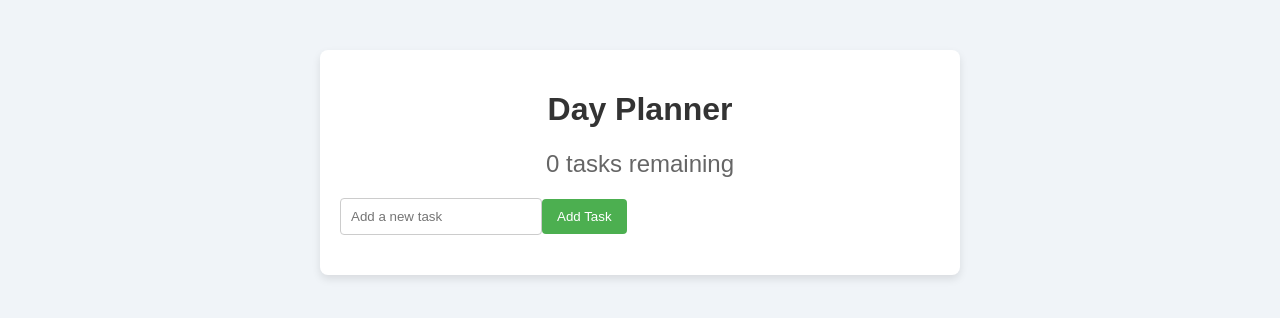
Repository: madelinestruthers/shema-lab04
Page: /
The author's editor kept a copy of each file at every save. The page is drawn from the files as they stood at one save, then again after the next save.
The browser window is 1280 px wide. The pictures show the whole page.
The project was rebuilt for these pictures with package versions that can differ from the ones it lists, and the page was loaded fresh each time. Also part of the build but not shown: src/components/Task.jsx.

Above is the page before, as saved 2024-10-20 19:55:45.

### src/index.css
/* src/index.css */
body {
  font-family: Arial, sans-serif;
  background-color: #f0f4f8;
  margin: 3rem;
  padding: 0;
}

.app-container {
  width: 80%;
  max-width: 600px;
  margin: 50px auto;
  background-color: #fff;
  padding: 20px;
  border-radius: 8px;
  box-shadow: 0 4px 8px rgba(0, 0, 0, 0.1);
}

h1 {
  text-align: center;
  color: #333;
}

h2 {
  text-align: center;
  color: #666;
  font-weight: normal;
}

.task-list {
  margin-top: 20px;
}

.task-item {
  display: flex;

  align-items: center;
  background-color: #f9f9f9;
  padding: 10px;
  border-radius: 4px;
  margin-bottom: 10px;
  border: 1px solid #e0e0e0;
}

.task-item.completed {
  background-color: #d1f7c4;
  text-decoration: line-through;
}

.task-item button {
  background-color: #ff4d4d;
  color: white;
  border: none;
  padding: 5px 10px;
  border-radius: 4px;
  cursor: pointer;
}

.task-item button:hover {
  background-color: #ff3333;
}

input[type="text"] {
  width: 30%;
  padding: 10px;
  border: 1px solid #ccc;
  border-radius: 4px;
}

button {
  background-color: #4caf50;
  color: white;
  border: none;
  padding: 10px 15px;
  border-radius: 4px;
  cursor: pointer;
}

button:hover {
  background-color: #45a049;
}


code {
  font-family: source-code-pro, Menlo, Monaco, Consolas, 'Courier New',
    monospace;
}

### src/App.jsx
// src/App.jsx
import React, { useState } from 'react';
import Task from './components/Task.jsx';
import TaskForm from './components/TaskForm.jsx';

function App() {
  const [tasks, setTasks] = useState([]);

  const addTask = (taskText) => {
    const newTask = {
      id: Date.now(),
      text: taskText,
      completed: false,
    };
    setTasks([...tasks, newTask]);
  };

  const toggleComplete = (taskId) => {
    setTasks(tasks.map((task) =>
      task.id === taskId ? { ...task, completed: !task.completed } : task
    ));
  };

  const deleteTask = (taskId) => {
    setTasks(tasks.filter((task) => task.id !== taskId));
  };

  const remainingTasks = tasks.filter((task) => !task.completed).length;

  return (
    <div className="app-container">
      <h1>Day Planner</h1>
      <h2>{remainingTasks} tasks remaining</h2>

      <TaskForm addTask={addTask} />

      <div className="task-list">
        {tasks.map((task) => (
          <Task
            key={task.id}
            task={task}
            toggleComplete={toggleComplete}
            deleteTask={deleteTask}
          />
        ))}
      </div>
    </div>
  );
}

export default App;

### src/components/TaskForm.jsx
// src/components/TaskForm.js
import React, { useState } from 'react';

const TaskForm = ({ addTask }) => {
  const [taskText, setTaskText] = useState('');

  const handleSubmit = (e) => {
    e.preventDefault();
    if (!taskText.trim()) return;
    addTask(taskText);
    setTaskText(''); // Clear input after submitting
  };

  return (
    <form onSubmit={handleSubmit}>
      <input
        type="text"
        value={taskText}
        onChange={(e) => setTaskText(e.target.value)}
        placeholder="Add a new task"
      />
      <button type="submit">Add Task</button>
    </form>
  );
};

export default TaskForm;

Loaded but not shown: public/index.html (common file); src/index.js (common file)

After the next save:
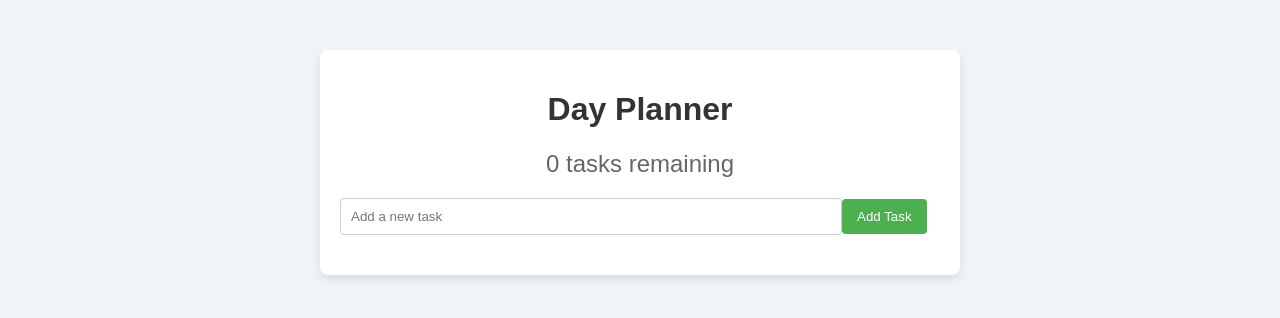
Saved 24 s later.
--- a/src/index.css
+++ b/src/index.css
@@ -2,7 +2,7 @@
 body {
   font-family: Arial, sans-serif;
   background-color: #f0f4f8;
-  margin: 3rem;
+  margin: 0;
   padding: 0;
 }
 
@@ -33,7 +33,7 @@ h2 {
 
 .task-item {
   display: flex;
-
+  justify-content: space-between;
   align-items: center;
   background-color: #f9f9f9;
   padding: 10px;
@@ -61,7 +61,7 @@ h2 {
 }
 
 input[type="text"] {
-  width: 30%;
+  width: 80%;
   padding: 10px;
   border: 1px solid #ccc;
   border-radius: 4px;
@@ -79,9 +79,3 @@ button {
 button:hover {
   background-color: #45a049;
 }
-
-
-code {
-  font-family: source-code-pro, Menlo, Monaco, Consolas, 'Courier New',
-    monospace;
-}
